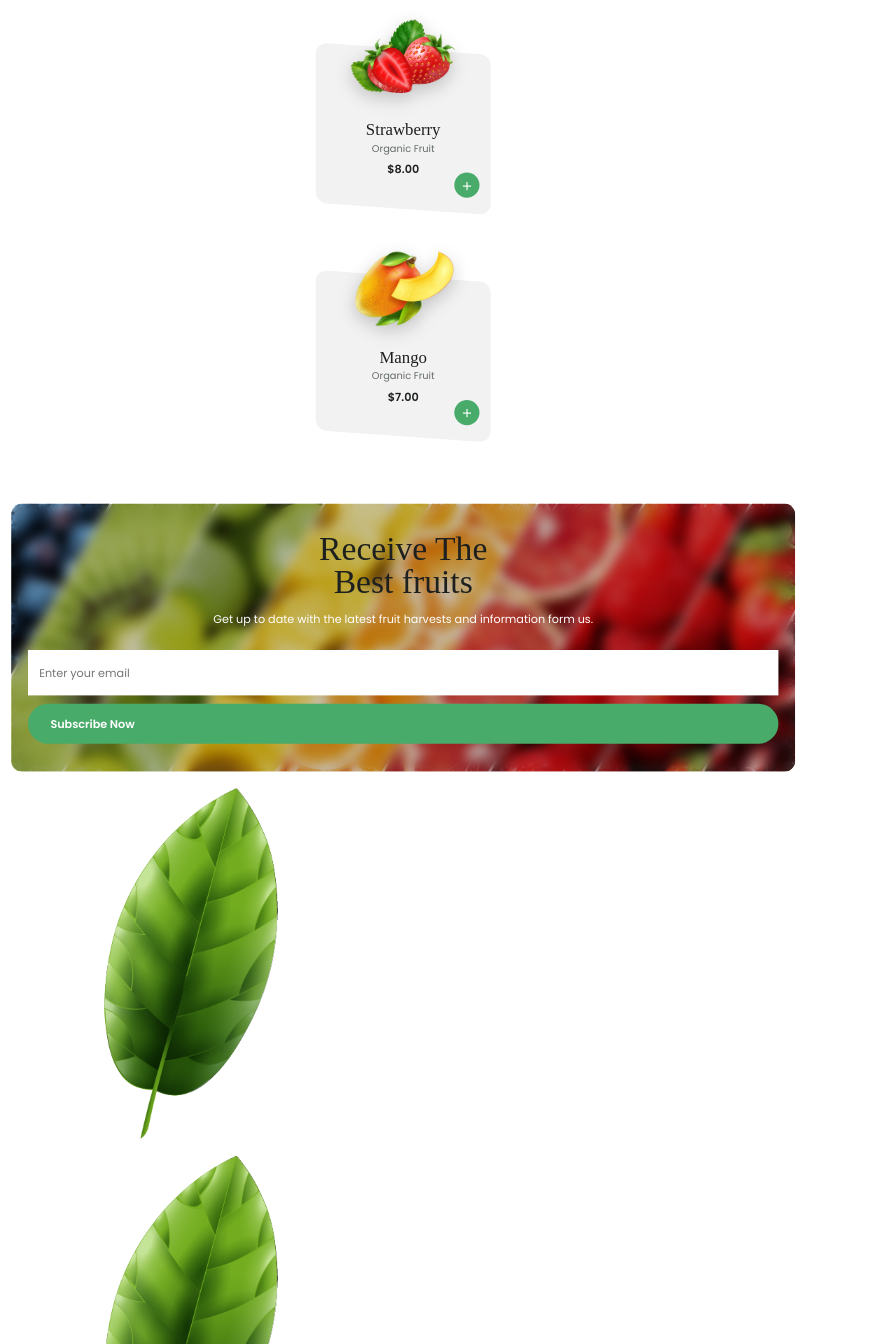
Repository: dinhhaidh/fruit
Page: index.html
The author's editor kept a copy of each file at every save. The page is drawn from the files as they stood at one save, then again after a run of saves.
The browser window is 1280 px wide. The pictures show the part of the page from y = 3869 to 5789 px (the page is 6101 px tall), at 70% of full size.
Some web fonts or font styles are not loaded; a fallback is used.

Above is the page before, as saved 2024-02-19 10:07:56.
Console error: ReferenceError: ScrollReveal is not defined

After the next 3 saves:
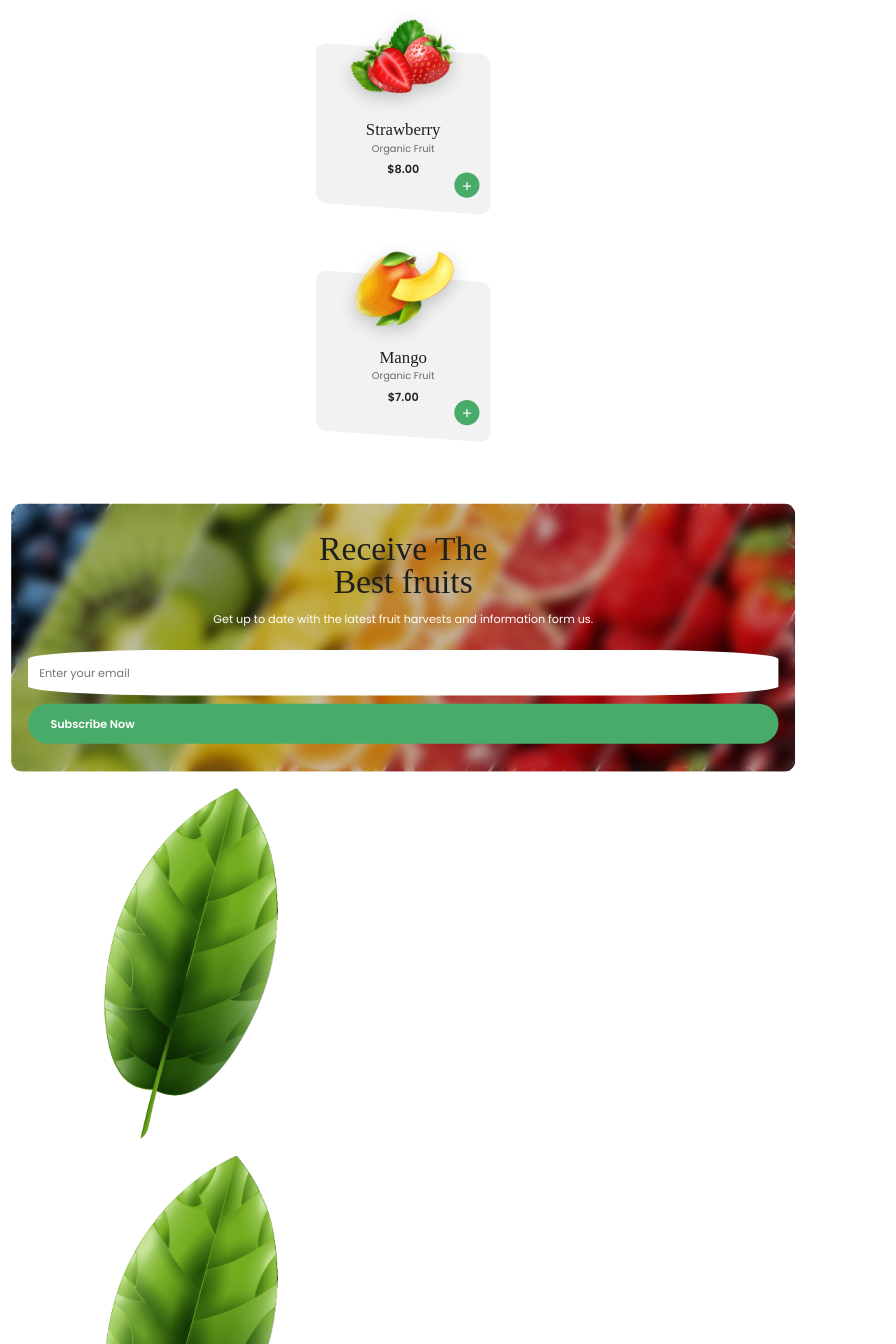
The 3 saves are shown as one change because they came seconds apart.
The last was saved 2 min 3 s later.
--- a/css/style.css
+++ b/css/style.css
@@ -499,6 +499,7 @@ img {
 }
 .join__input{
     padding: 1.25rem 1rem;
+    border-radius: 20%;
 }
 .join__button{
 
